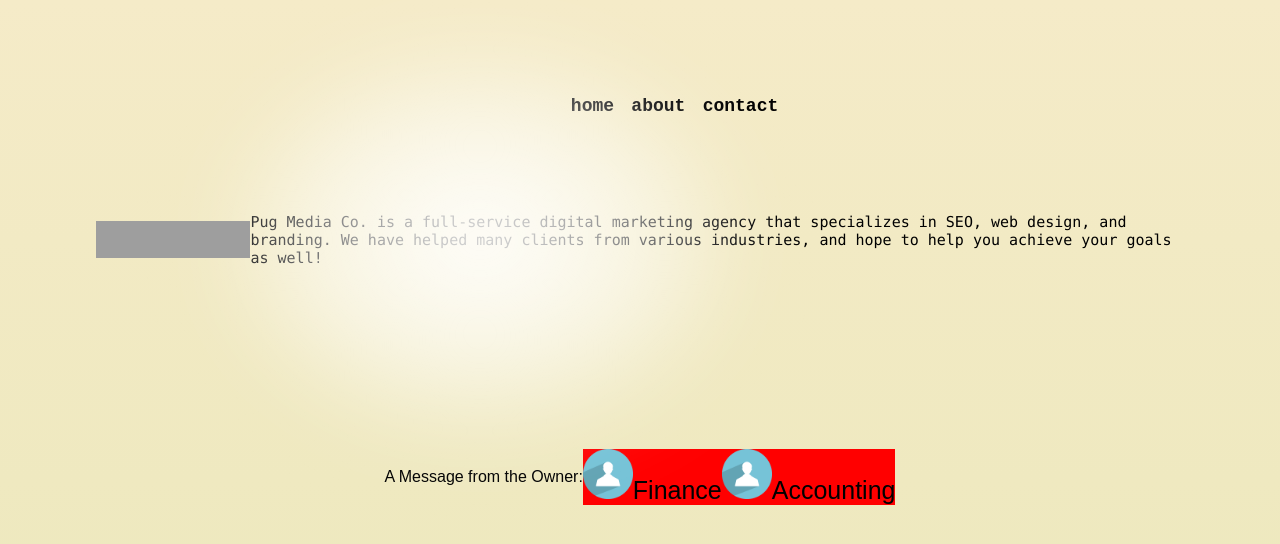
Repository: cheungglenda/MDIA2109-Week3
Page: /
These files come from the project's save history. The page is drawn as it stood at one moment and after a run of saves; the edit follows.
The browser window is 1280 px wide. The pictures show the whole page.
Pictures or frames that could not be fetched are drawn as grey boxes. The project was rebuilt for these pictures with package versions that can differ from the ones it lists, and the page was loaded fresh each time. The framework's server and built-in components were replaced by stand-ins that run in the browser. Also part of the build but not shown: next.config.js.

Above is the page before, as saved 2023-01-20 18:39:59.

### pages/index.js
import Head from 'next/head'
import Image from 'next/image'
import { Inter } from '@next/font/google'
import styles from '@/styles/Home.module.css'
import data from '../data/education.json'
import { useState } from 'react'
import Card from '../components/Card'
import Link from 'next/link'

const inter = Inter({ subsets: ['latin'] })

export default function Home() {

  /** ([...data]) enters the data in the useState and is calling that info. the useState has all the data from the education.json file */
  const [information, setInformation] = useState([...data])
  console.log(data);

  return (
    <>
      <Head>
        <title>Pug Media Co.</title>
        <meta name="description" content="Full-service digital marketing agency" />
        <meta name="viewport" content="width=device-width, initial-scale=1" />
        <link rel="icon" href="/favicon.ico" />
      </Head>
      <main className={styles.main}>
        <div className={styles.buttons}>
      <Link href="/" className={styles.links}>Home</Link>
      <Link href="../about" className={styles.links}>About</Link>
      <Link href="/" className={styles.links}>Contact</Link>
        </div>

        <div className={styles.center}>
          <Image
            className={styles.logo}
            src="/next.svg"
            alt="Next.js Logo"
            width={180}
            height={37}
            priority
          />
          <div className={styles.description}>
            Pug Media Co. is a full-service digital marketing agency that specializes in SEO, web design, and branding. We have helped many clients from various industries, and hope to help you achieve your goals as well!
          </div>
        </div>


        <div className={styles.grid}>
          <div>A Message from the Owner:</div>
          {information && information.map((info, index) => {
            if(info.department.toLowerCase() === "business") {
            return (
              <Card key={index} degree={info.degree} color="red" font="25px"/>
            )
          }
          })}

        </div>
      </main>
    </>
  )
}

/** .toLowerCase() is input when you don't want to worry about case sensitivity */

### styles/Home.module.css
.main {
  display: flex;
  flex-direction: column;
  justify-content: space-between;
  align-items: center;
  padding: 6rem;
  font-family:arial;
  min-height: 100vh;
  background-image: linear-gradient(rgb(245, 235, 200), rgb(236, 232, 188));

}

.buttons {
  display: flex;
  flex-direction:row;
  justify-content: space-evenly;
  margin-bottom:3%;
}

.links:hover {
  text-decoration:underline;
}

.links {
  font-size: 18px;
  max-width: var(--max-width);
  width: 100%;
  font-weight:900;
  font-family: 'Courier New', Courier, monospace;
  text-transform:lowercase;
  padding-left:10%;
}

.description {
  display: inherit;
  justify-content: inherit;
  align-items: inherit;
  font-size: 15px;
  max-width: var(--max-width);
  width: 100%;
  font-family: var(--font-mono);
}

.description a {
  display: flex;
  justify-content: center;
  align-items: center;
  gap: 0.5rem;
}

.description p {
  position: relative;
  margin: 0;
  padding: 1rem;
  background-color: rgba(var(--callout-rgb), 0.5);
  border: 1px solid rgba(var(--callout-border-rgb), 0.3);
  border-radius: var(--border-radius);
}

.code {
  font-weight: 700;
  font-family: var(--font-mono);
}

.meetTitle {
  font-size: 50px;
  font-weight:700;
  text-transform:lowercase;
  font-family:'Courier New', Courier, monospace;
  text-align:center;
}

.grid {
  display: flex;
  justify-content:center;
  width: var(--max-width);
  max-width: 100%;
  align-items:center;
  flex: 1;
}

.card {
  padding: 1rem 1.2rem;
  border-radius: var(--border-radius);
  background: rgba(var(--card-rgb), 0);
  border: 1px solid rgba(var(--card-border-rgb), 0);
  transition: background 200ms, border 200ms;
}

.card span {
  display: inline-block;
  transition: transform 200ms;
}

.info {
  font-family:Arial, Helvetica, sans-serif;
}

.card h2 {
  font-weight: 600;
  margin-bottom: 0.7rem;
}

.card p {
  margin: 0;
  opacity: 0.6;
  font-size: 0.9rem;
  line-height: 1.5;
  max-width: 30ch;
}


.employees {
  display:flex;
  gap:20px;
  width: 80%;
  text-align:center;
  font-family:'Courier New', Courier, monospace;
}

.titleDesc {
  font-size:16px;
  margin-bottom:3%;
}

.center {
  display: flex;
  justify-content: center;
  align-items: center;
  position: relative;
  padding: 4rem 0;
}

.center::before {
  background: var(--secondary-glow);
  border-radius: 50%;
  width: 480px;
  height: 360px;
  margin-left: -400px;
}

.center::after {
  background: var(--primary-glow);
  width: 240px;
  height: 180px;
  z-index: -1;
}

.center::before,
.center::after {
  content: '';
  left: 50%;
  position: absolute;
  filter: blur(45px);
  transform: translateZ(0);
}

.logo,
.thirteen {
  position: relative;
}

.thirteen {
  display: flex;
  justify-content: center;
  align-items: center;
  width: 75px;
  height: 75px;
  padding: 25px 10px;
  margin-left: 16px;
  transform: translateZ(0);
  border-radius: var(--border-radius);
  overflow: hidden;
  box-shadow: 0px 2px 8px -1px #0000001a;
}

.thirteen::before,
.thirteen::after {
  content: '';
  position: absolute;
  z-index: -1;
}

/* Conic Gradient Animation */
.thirteen::before {
  animation: 6s rotate linear infinite;
  width: 200%;
  height: 200%;
  background: var(--tile-border);
}

/* Inner Square */
.thirteen::after {
  inset: 0;
  padding: 1px;
  border-radius: var(--border-radius);
  background: linear-gradient(
    to bottom right,
    rgba(var(--tile-start-rgb), 1),
    rgba(var(--tile-end-rgb), 1)
  );
  background-clip: content-box;
}

/* Enable hover only on non-touch devices */
@media (hover: hover) and (pointer: fine) {
  .card:hover {
    background: rgba(var(--card-rgb), 0.1);
    border: 1px solid rgba(var(--card-border-rgb), 0.15);
  }

  .card:hover span {
    transform: translateX(4px);
  }
}

@media (prefers-reduced-motion) {
  .thirteen::before {
    animation: none;
  }

  .card:hover span {
    transform: none;
  }
}

/* Mobile */
@media (max-width: 700px) {
  .content {
    padding: 4rem;
  }

  .grid {
    grid-template-columns: 1fr;
    margin-bottom: 120px;
    max-width: 320px;
    text-align: center;
  }

  .card {
    padding: 1rem 2.5rem;
  }

  .card h2 {
    margin-bottom: 0.5rem;
  }

  .center {
    padding: 8rem 0 6rem;
  }

  .center::before {
    transform: none;
    height: 300px;
  }

  .description {
    font-size: 0.8rem;
  }

  .description a {
    padding: 1rem;
  }

  .description p,
  .description div {
    display: flex;
    justify-content: center;
    position: fixed;
    width: 100%;
  }

  .description p {
    align-items: center;
    inset: 0 0 auto;
    padding: 2rem 1rem 1.4rem;
    border-radius: 0;
    border: none;
    border-bottom: 1px solid rgba(var(--callout-border-rgb), 0.25);
    background: linear-gradient(
      to bottom,
      rgba(var(--background-start-rgb), 1),
      rgba(var(--callout-rgb), 0.5)
    );
    background-clip: padding-box;
    backdrop-filter: blur(24px);
  }

  .description div {
    align-items: flex-end;
    pointer-events: none;
    inset: auto 0 0;
    padding: 2rem;
    height: 200px;
    background: linear-gradient(
      to bottom,
      transparent 0%,
      rgb(var(--background-end-rgb)) 40%
    );
    z-index: 1;
  }
}

/* Tablet and Smaller Desktop */
@media (min-width: 701px) and (max-width: 1120px) {
  .grid {
    grid-template-columns: repeat(2, 50%);
  }
}

@media (prefers-color-scheme: dark) {

  .main {
    background-image: linear-gradient(rgb(51, 65, 14), rgb(169, 169, 110));
  }

  .vercelLogo {
    filter: invert(1);
  }

  .logo,
  .thirteen img {
    filter: invert(1) drop-shadow(0 0 0.3rem #ffffff70);
  }


  .meetTitle {
    color:white;
  }

  .titleDesc {
    color:white;
  }

  .links {
    color: white;
  }

  .employees {
    color: black;
  }
}

@keyframes rotate {
  from {
    transform: rotate(360deg);
  }
  to {
    transform: rotate(0deg);
  }
}

### data/education.json
[
        {
            "studentNumber": "A0004567",
            "firstName": "Person 1",
            "gpa": 3.8,
            "department": "Business",
            "degree": "Finance",
            "graduted": 2014
        },
        {
            "studentNumber": "A0001234",
            "firstName": "Person 2",
            "gpa": 3.5,
            "department": "Business",
            "degree": "Accounting",
            "graduted": 2010
        },
        {
            "studentNumber": "A0007890",
            "firstName": "Person 3",
            "gpa": 3.2,
            "department": "Computing",
            "degree": "Applied Software Development Certificate",
            "graduted": 2018
        },
        {
            "studentNumber": "A0007828",
            "firstName": "Person 4",
            "gpa": 3.9,
            "department": "Computing",
            "degree": "Computer Systems Diploma",
            "graduted": 2021
        },
        {
            "studentNumber": "A0003425",
            "firstName": "Person 5",
            "gpa": 3.2,
            "department": "Computing",
            "degree": "Applied Computer Information Systems Certificate",
            "graduted": 2021
        }
]

### components/Card/index.js
export default function EmployeeCard({
    degree = "none",
    color = "purple",
    font = "O",
    image = "icon/personTwo.png"
}) {
    return (
        <div style={{backgroundColor: color, fontSize: font}}>
            {
                color === "red" ? <img src={'icon/person.png'} width="50"/> :
                color === "blue" ? <img src={'icon/personThree.png'} width="50"/> :
                <img src={image} width="50"/>
            }
            {degree}
        </div>
    )
}

Loaded but not shown: pages/_app.js (common file); pages/_document.js (common file); styles/globals.css (common file)

After the next 2 saves:
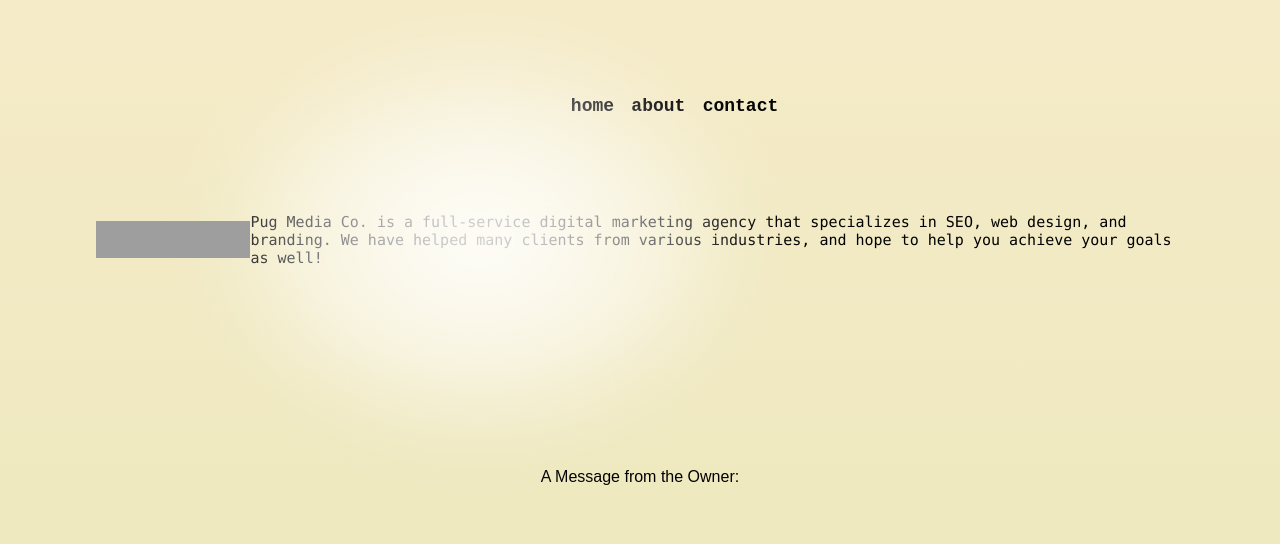
The 2 saves are shown as one change because 1 did not build or start.
The last was saved 37 s later.
--- a/pages/index.js
+++ b/pages/index.js
@@ -48,12 +48,21 @@ export default function Home() {
         <div className={styles.grid}>
           <div>A Message from the Owner:</div>
           {information && information.map((info, index) => {
-            if(info.department.toLowerCase() === "business") {
-            return (
-              <Card key={index} degree={info.degree} color="red" font="25px"/>
-            )
-          }
-          })}
+            if(info.firstName.toLowerCase() === "jane") {
+              return (
+                <EmployeeCard
+                key={index}
+                firstname={info.firstName}
+                lastname={info.lastName}
+                jobtitle={info.jobTitle}
+                department={info.department}
+                contact={info.contact}
+                yearsworked={info.yearsWorked}
+                description={info.description}
+                color="#F4EBD9" font="16px"/>
+              )
+            }
+            })}
 
         </div>
       </main>
